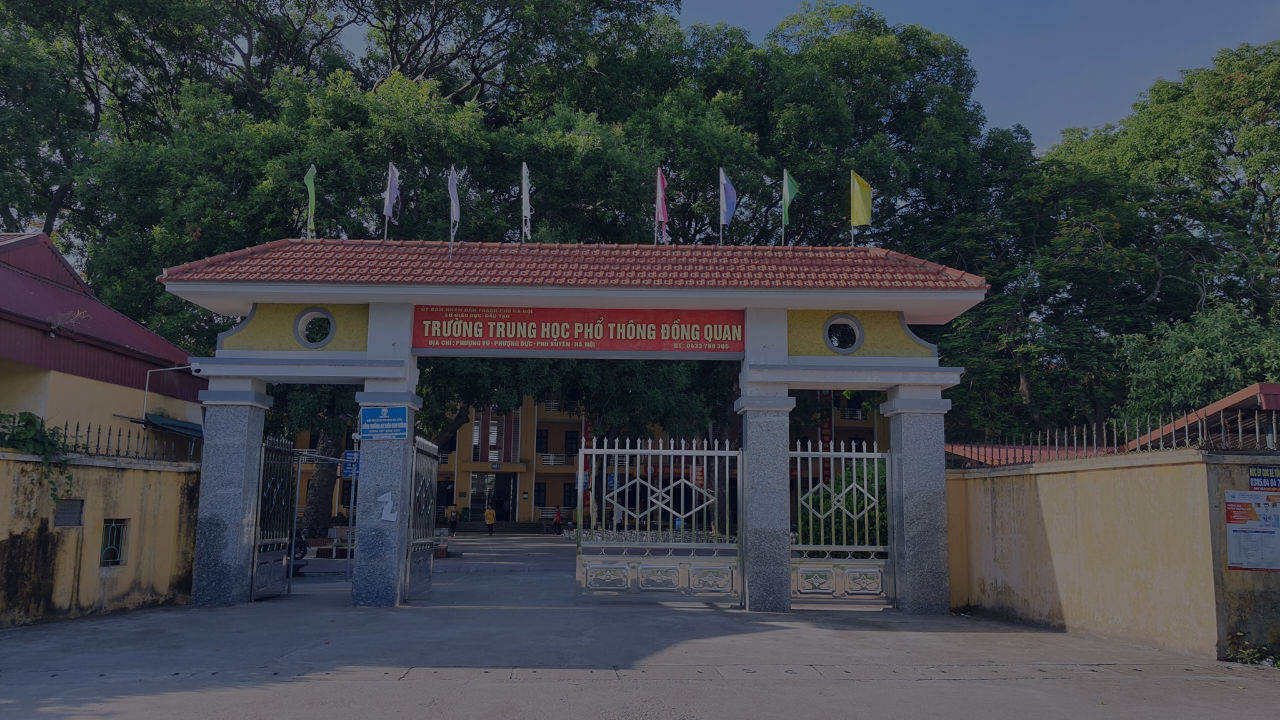
Repository: tung1233hhhhhhhhhhhhh/login-demo
Page: index.html
These files come from the project's save history. The page is drawn as it stood at one moment and after the next save; the edit follows.
The browser window is 1280 px wide. The pictures show the whole page.

Above is the page before, as saved 2023-02-07 21:30:47.

### index.html
<!DOCTYPE html>
<html lang="en">

<head>
    <meta charset="UTF-8">
    <meta http-equiv="X-UA-Compatible" content="IE=edge">
    <meta name="viewport" content="width=device-width, initial-scale=1.0">
    <title>Document</title>
    <link rel="stylesheet" href="./main.css">
</head>

<body>
    <div class="main">
        <div class="header"></div>
        <div class="content"></div>
        <footer></footer>
    </div>
</body>

</html>

### main.css
* {
    padding: 0;
    margin: 0;
    box-sizing: border-box;
}

body {
    height: 100vh;
    /* height: 100%; */
    width: 100%;
    background-image: linear-gradient(rgba(4, 9, 30, 0.5), rgba(4, 9, 30, 0.5)), url(./img/bgr.jpg);
    background-repeat: no-repeat;
    background-size: cover;
}

After the next save:
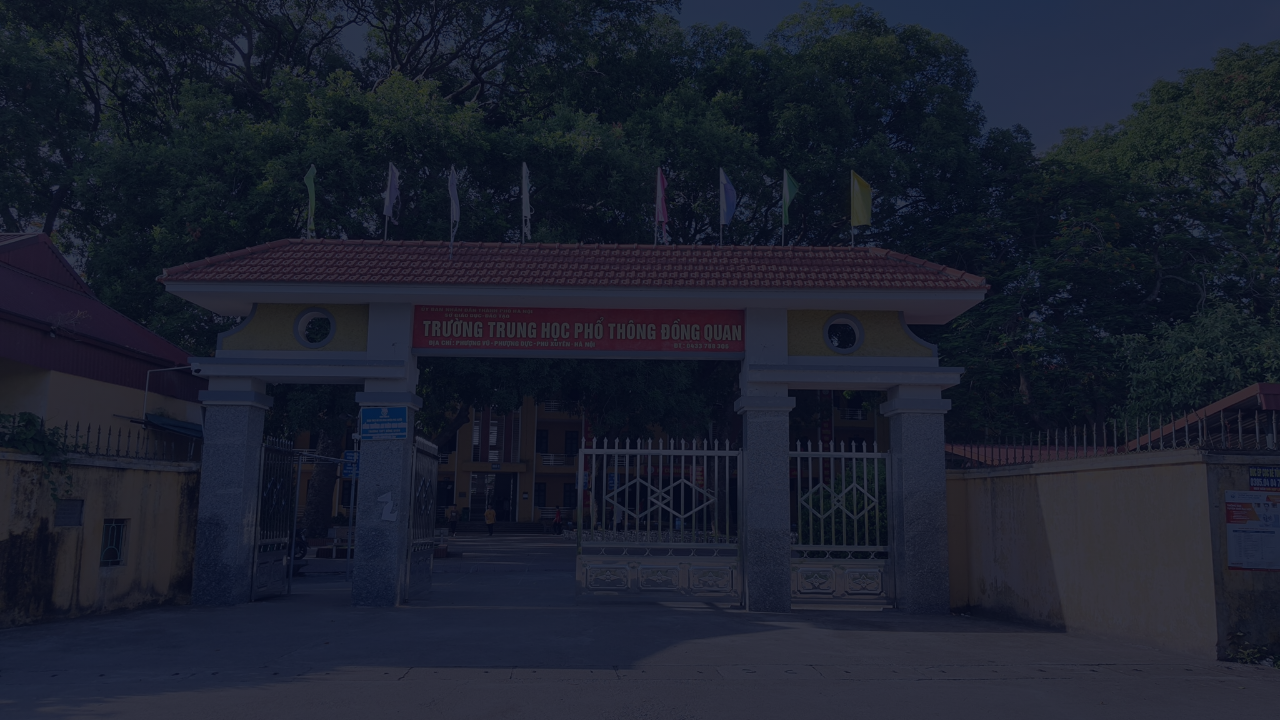
Saved 8 s later.
--- a/main.css
+++ b/main.css
@@ -8,7 +8,7 @@
     height: 100vh;
     /* height: 100%; */
     width: 100%;
-    background-image: linear-gradient(rgba(4, 9, 30, 0.5), rgba(4, 9, 30, 0.5)), url(./img/bgr.jpg);
+    background-image: linear-gradient(rgba(4, 9, 30, 0.8), rgba(4, 9, 30, 0.8)), url(./img/bgr.jpg);
     background-repeat: no-repeat;
     background-size: cover;
 }
